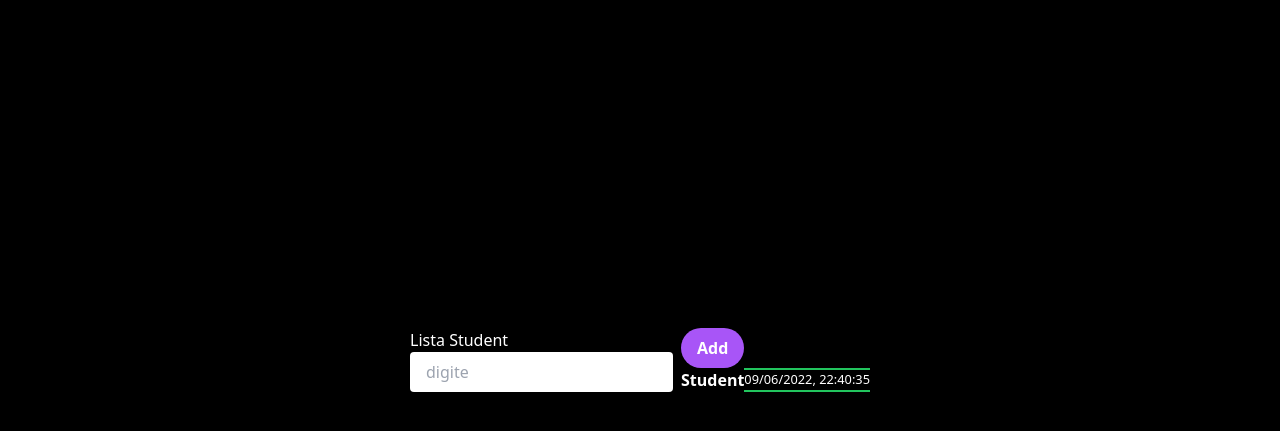
Repository: LuisSempre/FundamentosReact
Page: /, after clicking the first element matching `button.px-4`
An editor plug-in stored every save of this project. The page is shown before and after the next save, followed by the edit.
The browser window is 1280 px wide. The pictures show the whole page.
The project was rebuilt for these pictures with package versions that can differ from the ones it lists, and the page was loaded fresh each time. Also part of the build but not shown: vite.config.js.

Above is the page before, as saved 2022-06-28 18:21:25.

### src/main.jsx
import React from 'react'
import ReactDOM from 'react-dom/client'
import { Home } from './pages/Home'
import './index.css'

ReactDOM.createRoot(document.getElementById('root')).render(
  <React.StrictMode>
    <Home />
  </React.StrictMode>
)

### src/pages/Home.jsx
import { useState } from "react";
import { Card } from "../components/Card";

export function Home() {
  const [student, setStudent] = useState("Student");
  const [students, setStudents] = useState([]);

  function studentAdd() {
    const newStudent = {
      name: student,
      time: new Date().toLocaleDateString("pt-br", {
        hour: "2-digit",
        minute: "2-digit",
        second: "2-digit",
      }),
    };
    setStudents((prevState) => [...prevState, newStudent]);
  }
  return (
    <div className="flex items-center justify-center min-h-screen space-x-2">
      <div>
        <h1>Lista {student} </h1>

        <input
          onChange={(e) => setStudent(e.target.value)}
          className="px-4 py-2 text-black bg-white rounded"
          type="text"
          placeholder="digite"
        />
      </div>
      <div>
        <button
        className="px-4 py-2 font-bold bg-purple-500 rounded-full"
        onClick={studentAdd}>Add</button>
        {students.map((student) => (
          <Card name={student.name} time={student.time} />
        ))}
      </div>
    </div>
  );
}

### src/index.css
@tailwind base;
@tailwind components;
@tailwind utilities;

* {
    @apply bg-black text-white;
}

### src/components/Card.jsx
export function Card(props) {
  return (
    <div className="flex items-center justify-between bg-green-500">
      <strong>{props.name}</strong>
      <small>{props.time}</small>
    </div>
  );
}

Loaded but not shown: index.html (common file); tailwind.config.js (common file)

After the next save:
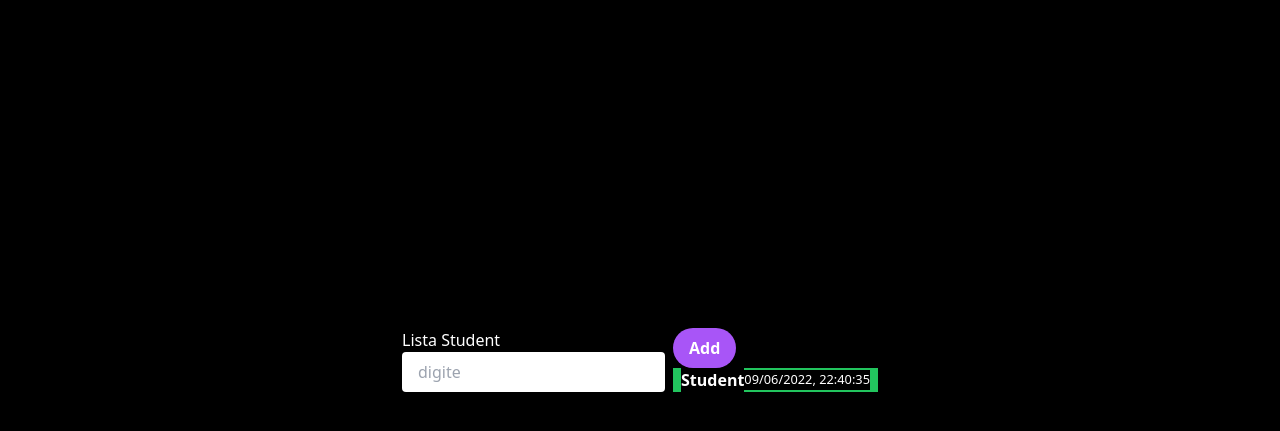
Saved 16 s later.
--- a/src/components/Card.jsx
+++ b/src/components/Card.jsx
@@ -1,6 +1,6 @@
 export function Card(props) {
   return (
-    <div className="flex items-center justify-between bg-green-500">
+    <div className="flex items-center justify-between px-2 bg-green-500">
       <strong>{props.name}</strong>
       <small>{props.time}</small>
     </div>
